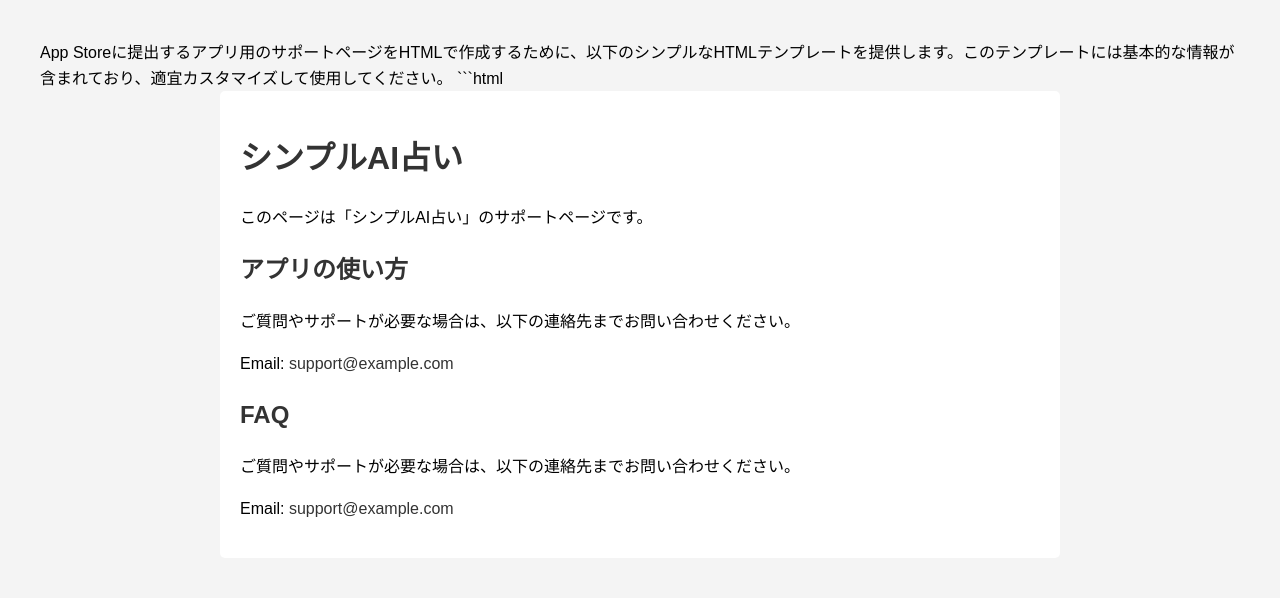
Repository: MasatoKawakami/publicpages
Page: aiuranai/support.html
An editor plug-in stored every save of this project. The page is shown before and after the next save, followed by the edit.
The browser window is 1280 px wide. The pictures show the whole page.

Above is the page before, as saved 2024-03-19 10:15:43.

### aiuranai/support.html
App Storeに提出するアプリ用のサポートページをHTMLで作成するために、以下のシンプルなHTMLテンプレートを提供します。このテンプレートには基本的な情報が含まれており、適宜カスタマイズして使用してください。

```html
<!DOCTYPE html>
<html lang="ja">

<head>
  <meta charset="UTF-8">
  <meta name="viewport" content="width=device-width, initial-scale=1.0">
  <title>アプリ名 - サポートページ</title>
  <style>
    body {
      font-family: Arial, sans-serif;
      line-height: 1.6;
      margin: 20px;
      padding: 20px;
      background-color: #f4f4f4;
    }

    h1,
    h2 {
      color: #333;
    }

    .container {
      max-width: 800px;
      margin: auto;
      background: #fff;
      padding: 20px;
      border-radius: 5px;
    }

    a {
      color: #333;
      text-decoration: none;
    }
  </style>
</head>

<body>
  <div class="container">
    <h1>シンプルAI占い</h1>
    <p>このページは「シンプルAI占い」のサポートページです。</p>

    <h2>アプリの使い方</h2>
    <p>ご質問やサポートが必要な場合は、以下の連絡先までお問い合わせください。</p>
    <p>Email: <a href="mailto:support@example.com">support@example.com</a></p>

    <h2>FAQ</h2>
    <p>ご質問やサポートが必要な場合は、以下の連絡先までお問い合わせください。</p>
    <p>Email: <a href="mailto:support@example.com">support@example.com</a></p>
  </div>
</body>

</html>

After the next save:
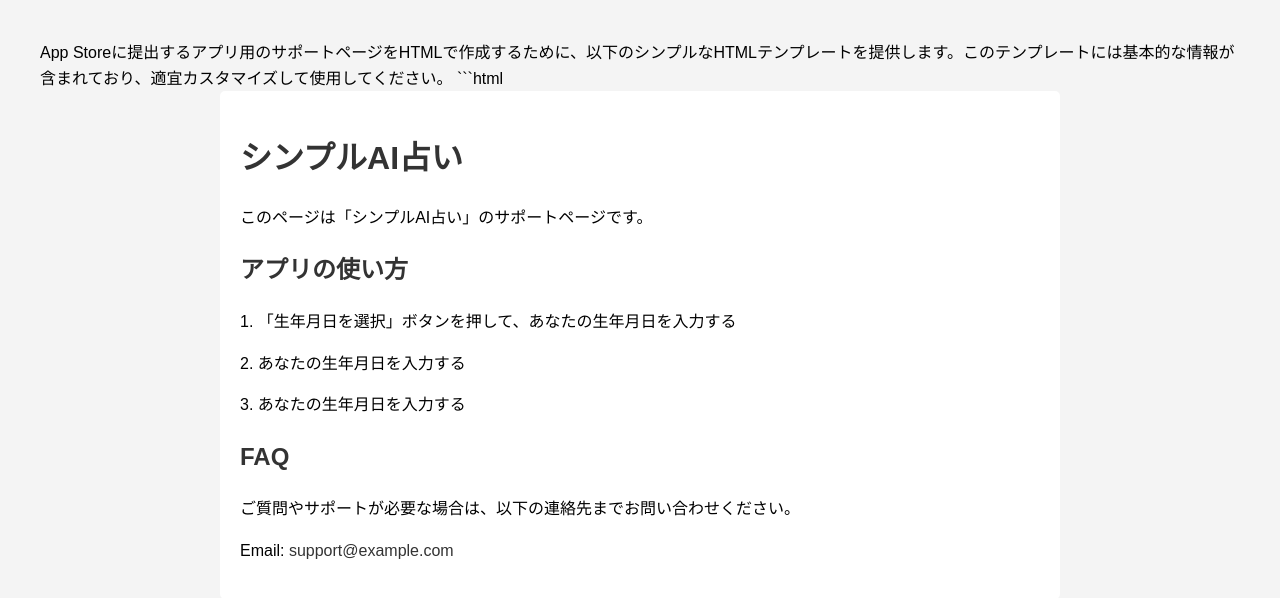
Saved 78 s later.
--- a/aiuranai/support.html
+++ b/aiuranai/support.html
@@ -43,8 +43,9 @@ App Storeに提出するアプリ用のサポートページをHTMLで作成す
     <p>このページは「シンプルAI占い」のサポートページです。</p>
 
     <h2>アプリの使い方</h2>
-    <p>ご質問やサポートが必要な場合は、以下の連絡先までお問い合わせください。</p>
-    <p>Email: <a href="mailto:support@example.com">support@example.com</a></p>
+    <p>1. 「生年月日を選択」ボタンを押して、あなたの生年月日を入力する</p>
+    <p>2. あなたの生年月日を入力する</p>
+    <p>3. あなたの生年月日を入力する</p>
 
     <h2>FAQ</h2>
     <p>ご質問やサポートが必要な場合は、以下の連絡先までお問い合わせください。</p>
